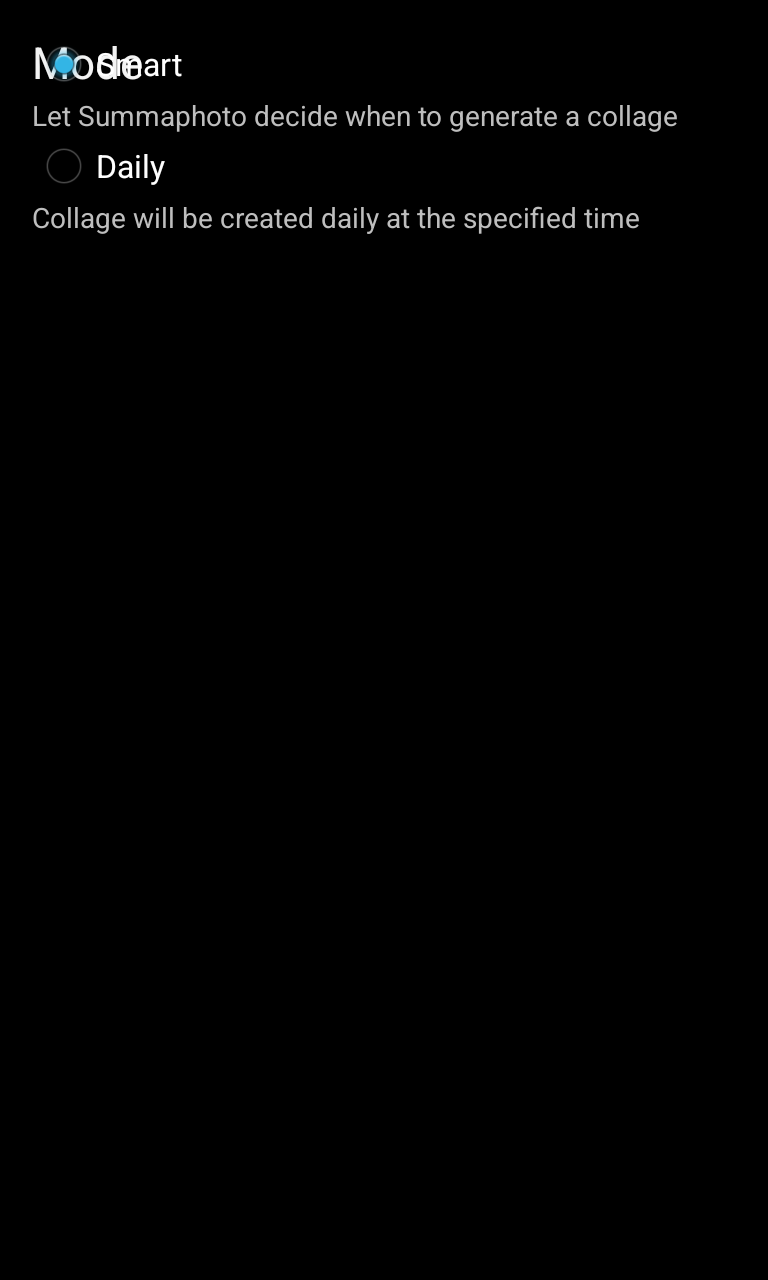
Repository: ulugbekjs/SummaPhoto
Layout: Workshop/res/layout/activity_settings.xml
These files come from the project's save history. The layout is drawn as it stood at one moment and after the next save; the edit follows.
It is drawn on a 768 x 1280 px phone screen (xhdpi) without system bars, with theme SummaPhotoTheme; the app's code is not run.

Above is the layout before, as saved 2013-08-12 12:03:30.

### Workshop/res/layout/activity_settings.xml
<RelativeLayout xmlns:android="http://schemas.android.com/apk/res/android"
    xmlns:tools="http://schemas.android.com/tools"
    android:layout_width="match_parent"
    android:layout_height="match_parent"
    android:paddingBottom="@dimen/activity_vertical_margin"
    android:paddingLeft="@dimen/activity_horizontal_margin"
    android:paddingRight="@dimen/activity_horizontal_margin"
    android:paddingTop="@dimen/activity_vertical_margin"
    tools:context=".SettingsActivity" >

    <TextView
        android:id="@+id/textView1"
        android:layout_width="wrap_content"
        android:layout_height="wrap_content"
        android:text="@string/Mode"
        android:textAppearance="?android:attr/textAppearanceLarge" />

    <RadioGroup
        android:id="@+id/radioMode"
        android:layout_width="wrap_content"
        android:layout_height="wrap_content" >

        <RadioButton
            android:id="@+id/radioSmart"
            android:layout_width="wrap_content"
            android:layout_height="wrap_content"
            android:checked="true"
            android:text="@string/Smart" />

        <TextView android:text="@string/SmartDescription" />

        <RadioButton
            android:id="@+id/radioDaily"
            android:layout_width="wrap_content"
            android:layout_height="wrap_content"
            android:text="@string/Daily" />

        <TextView android:text="@string/DailyDescription" />
    </RadioGroup>

</RelativeLayout>

### Workshop/res/values-v11/themes.xml
<?xml version="1.0" encoding="utf-8"?>
<resources>
     <style name="SummaPhotoTheme" parent="@android:style/Theme.Holo">
        <!-- Any customizations for your app running on 3.0+ devices here -->
    </style>
</resources>

### Workshop/res/values-v14/themes.xml
<?xml version="1.0" encoding="utf-8"?>
<resources>
    <style name="SummaPhotoTheme" parent="@android:style/Theme.Holo.NoActionBar.Fullscreen">
        <!-- Any customizations for your app running on 4.0+ devices here -->
    </style>
</resources>

### Workshop/res/values/themes.xml
<?xml version="1.0" encoding="utf-8"?>
<resources>
     <style name="SummaPhotoTheme" parent="@android:style/Theme.Dark.NoTitleBar">
        <!-- Any customizations for your app running on pre-3.0 devices here -->
    </style>
</resources>

### Workshop/res/values/strings.xml
<?xml version="1.0" encoding="utf-8"?>
<resources>

    <string name="app_name">Aworkshop</string>
    <string name="action_settings">Settings</string>
    <string name="hello_world">Hello world!</string>
    <string name="title_activity_settings">SettingsActivity</string>
    <string name="Smart">Smart</string>
    <string name="Daily">Daily</string>
    <string name="SmartDescription">Let Summaphoto decide when to generate a collage</string>
    <string name="DailyDescription">Collage will be created daily at the specified time</string>
    <string name="Mode">Mode</string>

</resources>

Loaded but not shown: Workshop/res/values/dimens.xml (common file)

After the next save:
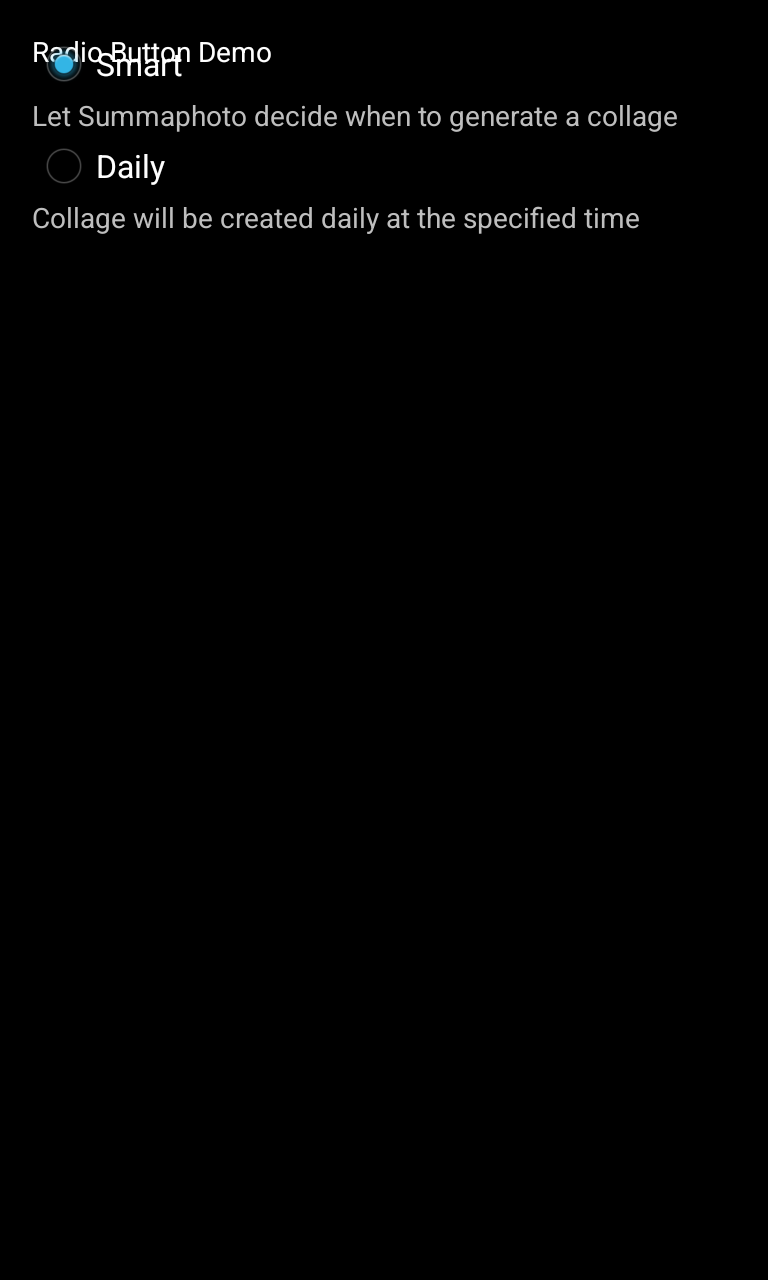
Saved 27 s later.
--- a/Workshop/res/layout/activity_settings.xml
+++ b/Workshop/res/layout/activity_settings.xml
@@ -9,11 +9,10 @@
     tools:context=".SettingsActivity" >
 
     <TextView
-        android:id="@+id/textView1"
         android:layout_width="wrap_content"
         android:layout_height="wrap_content"
-        android:text="@string/Mode"
-        android:textAppearance="?android:attr/textAppearanceLarge" />
+        android:text="Radio Button Demo"
+        android:textColor="#ffffff" />
 
     <RadioGroup
         android:id="@+id/radioMode"
